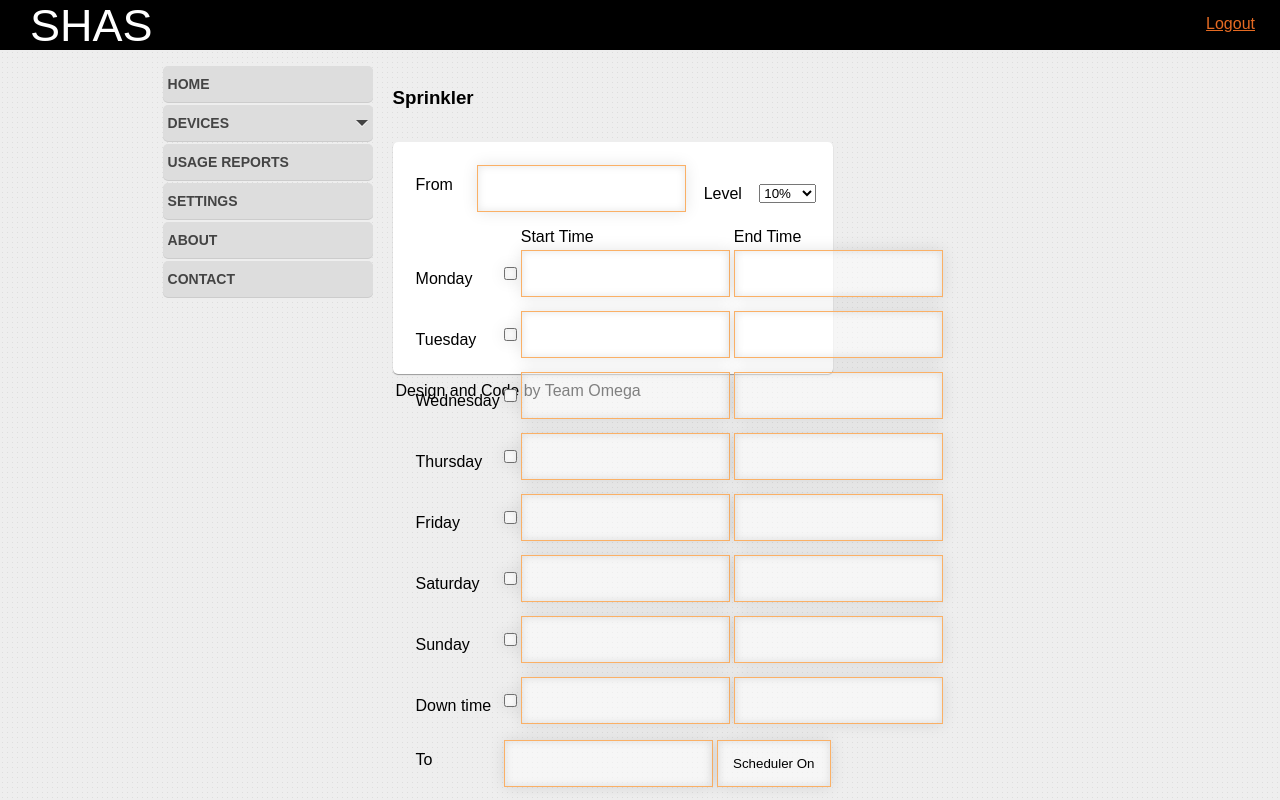
Repository: hassan-stash/shas
Page: http://localhost/SHAS/SprinklerGUI.jsp
An editor plug-in stored every save of this project. The page is shown before and after the next save, followed by the edit.
The browser window is 1280 px wide. The pictures show the whole page.
Some web fonts or font styles are not loaded; a fallback is used. The page is served by Tomcat 9. The template is opened directly, without the code that normally fills it, so the values that code supplies are empty.

Above is the page before, as saved 2013-04-06 23:53:30.
Console error: TypeError: Cannot read properties of undefined (reading 'timepicker')

After the next save:
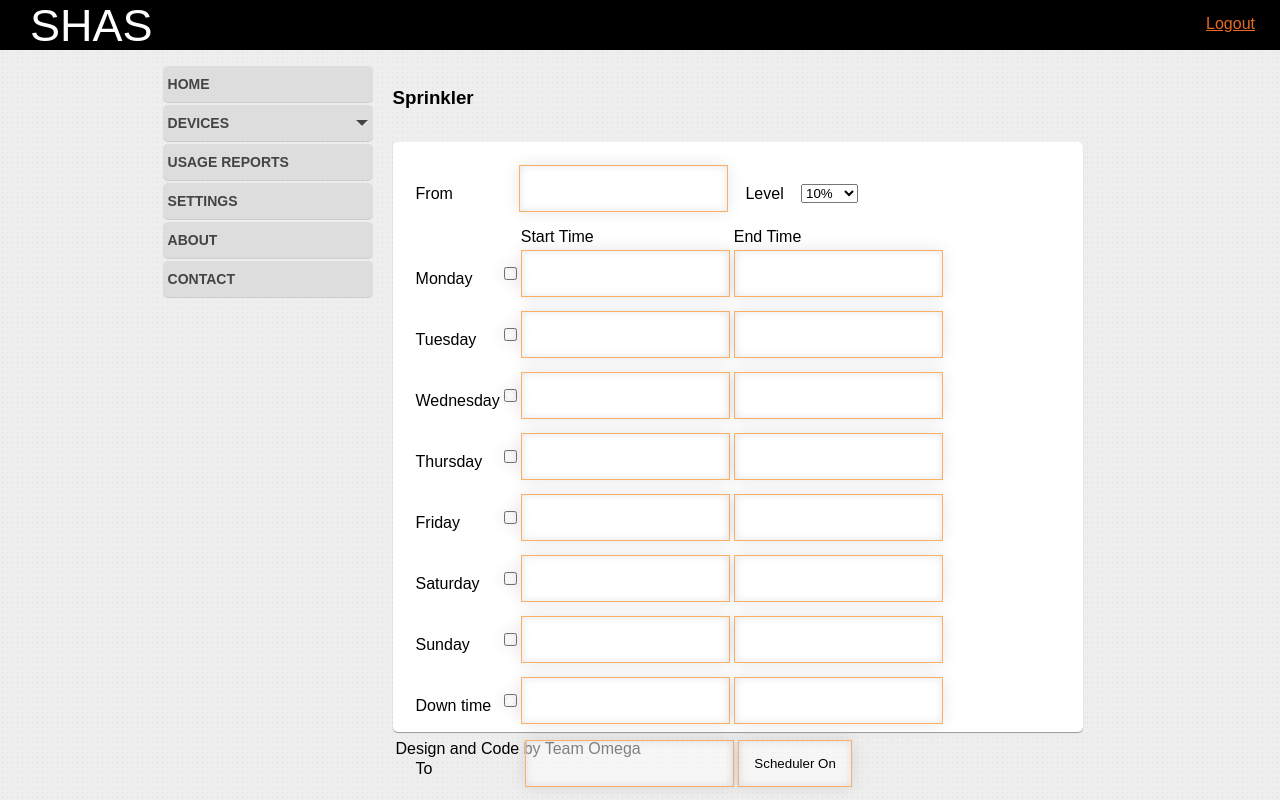
Saved 89 s later.
--- a/SHAS/WebContent/SprinklerGUI.jsp
+++ b/SHAS/WebContent/SprinklerGUI.jsp
@@ -428,8 +428,25 @@ article {
 	-moz-border-radius: 5px;
 	-webkit-border-radius: 5px;
 	border-radius: 5px;
-	height: 192px;
-	width: 400px
+	height: 550px;
+	width: 650px
+}
+
+articletime {
+	position: relative;
+	padding: 20px;
+	top: 15px;
+	margin: 0 0 20px 0;
+	text-align: left;
+	background: #fff;
+	-moz-box-shadow: 0 1px 1px #999;
+	-webkit-box-shadow: 0 1px 1px #999;
+	box-shadow: 0 1px 1px #999;
+	-moz-border-radius: 5px;
+	-webkit-border-radius: 5px;
+	border-radius: 5px;
+	height: 600px;
+	width: 650px
 }
 
 button {
